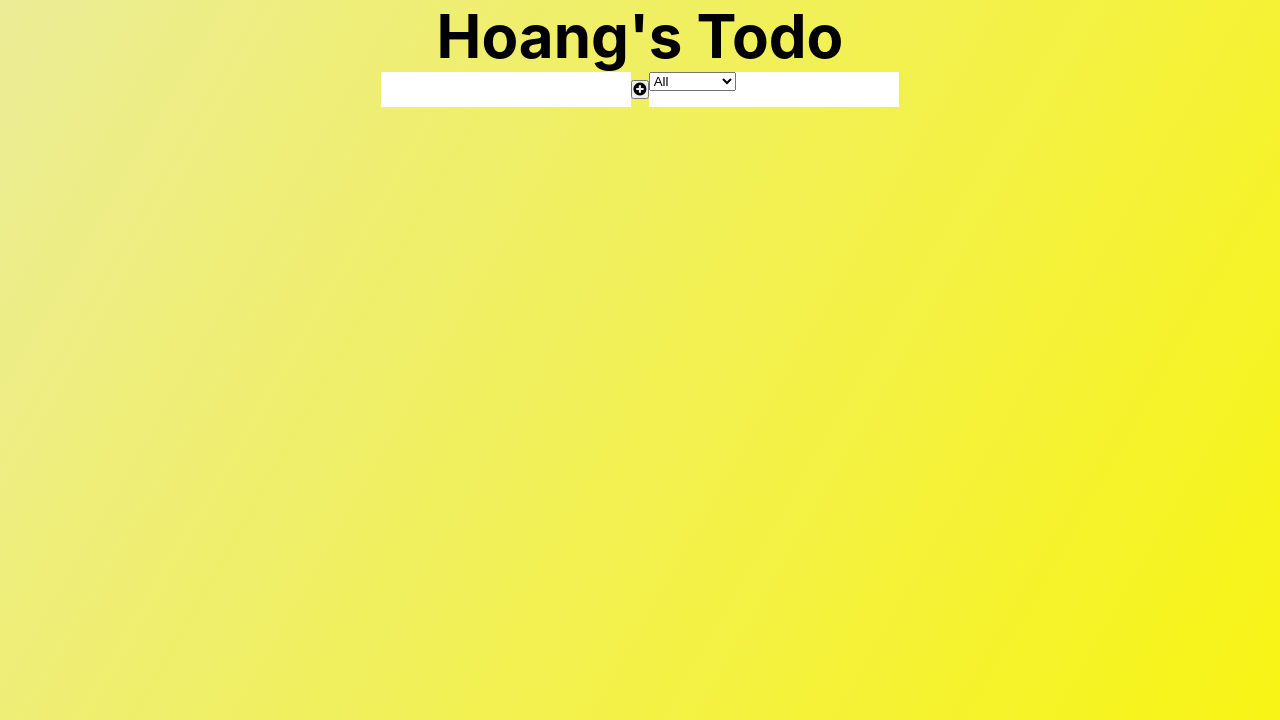
Repository: DinhHoang0607/TodoReact
Page: /
These files come from the project's save history. The page is drawn as it stood at one moment and after a run of saves; the edit follows.
The browser window is 1280 px wide. The pictures show the whole page.
Some web libraries are served in a nearby version. The project was rebuilt for these pictures with package versions that can differ from the ones it lists, and the page was loaded fresh each time.

Above is the page before, as saved 2021-09-09 20:01:57.

### public/index.html
<!DOCTYPE html>
<html lang="en">
  <head>
    <meta charset="utf-8" />
    <link rel="icon" href="%PUBLIC_URL%/favicon.ico" />
    <meta name="viewport" content="width=device-width, initial-scale=1" />
    <meta name="theme-color" content="#000000" />
    <meta
      name="description"
      content="Web site created using create-react-app"
    />
    <link rel="apple-touch-icon" href="%PUBLIC_URL%/logo192.png" />
    <!--
      manifest.json provides metadata used when your web app is installed on a
      user's mobile device or desktop. See https://developers.google.com/web/fundamentals/web-app-manifest/
    -->
    <link rel="stylesheet" href="https://pro.fontawesome.com/releases/v5.10.0/css/all.css" integrity="sha384-AYmEC3Yw5cVb3ZcuHtOA93w35dYTsvhLPVnYs9eStHfGJvOvKxVfELGroGkvsg+p" crossorigin="anonymous"/>
    <link rel="manifest" href="%PUBLIC_URL%/manifest.json" />
    <!--
      Notice the use of %PUBLIC_URL% in the tags above.
      It will be replaced with the URL of the `public` folder during the build.
      Only files inside the `public` folder can be referenced from the HTML.

      Unlike "/favicon.ico" or "favicon.ico", "%PUBLIC_URL%/favicon.ico" will
      work correctly both with client-side routing and a non-root public URL.
      Learn how to configure a non-root public URL by running `npm run build`.
    -->
    <title>React App</title>
  </head>
  <body>
    <noscript>You need to enable JavaScript to run this app.</noscript>
    <div id="root"></div>
    <!--
      This HTML file is a template.
      If you open it directly in the browser, you will see an empty page.

      You can add webfonts, meta tags, or analytics to this file.
      The build step will place the bundled scripts into the <body> tag.

      To begin the development, run `npm start` or `yarn start`.
      To create a production bundle, use `npm run build` or `yarn build`.
    -->
  </body>
</html>

### src/App.js
import "./App.css";
import React from "react";
import Form from "./components/Form";

function App() {
  return (
    <div className="App">
      <header>
        <h1>Hoang's Todo</h1>
      </header>
      <Form />
    </div>
  );
}

export default App;

### src/App.css
*,
*::before,
*::after {
  box-sizing: border-box;
  padding: 0;
  margin: 0;
}
html {
  font-size: 62.5%;
}
body {
  width: 100%;
  height: 100vh;
  background-image: linear-gradient(120deg, #ebec96 0%, #f8f414 100%);
}
header {
  font-size: 3rem;
  margin: 0 auto;
}
header,
form {
  display: flex;
  justify-content: center;
  align-items: center;
}
.form__input,
.form__select {
  width: 25rem;
  height: 3.5rem;
  border: none;
  background: white;
}

### src/components/Form.js
import React from "react";
const Form = () => {
  return (
    <form className="form">
      <input type="text" className="form__input" />
      <button className="form__button" type="submit">
        <i class="fas fa-plus-circle"></i>
      </button>
      <div className="form__select">
        <select name="items" className="select__item">
          <option value="all" selected="selected">
            All
          </option>
          <option value="completed">Completed</option>
          <option value="inProcess">InProcess</option>
        </select>
      </div>
    </form>
  );
};

export default Form;

Loaded but not shown: src/index.js (common file); src/index.css (common file); src/reportWebVitals.js (common file)

After the next 4 saves:
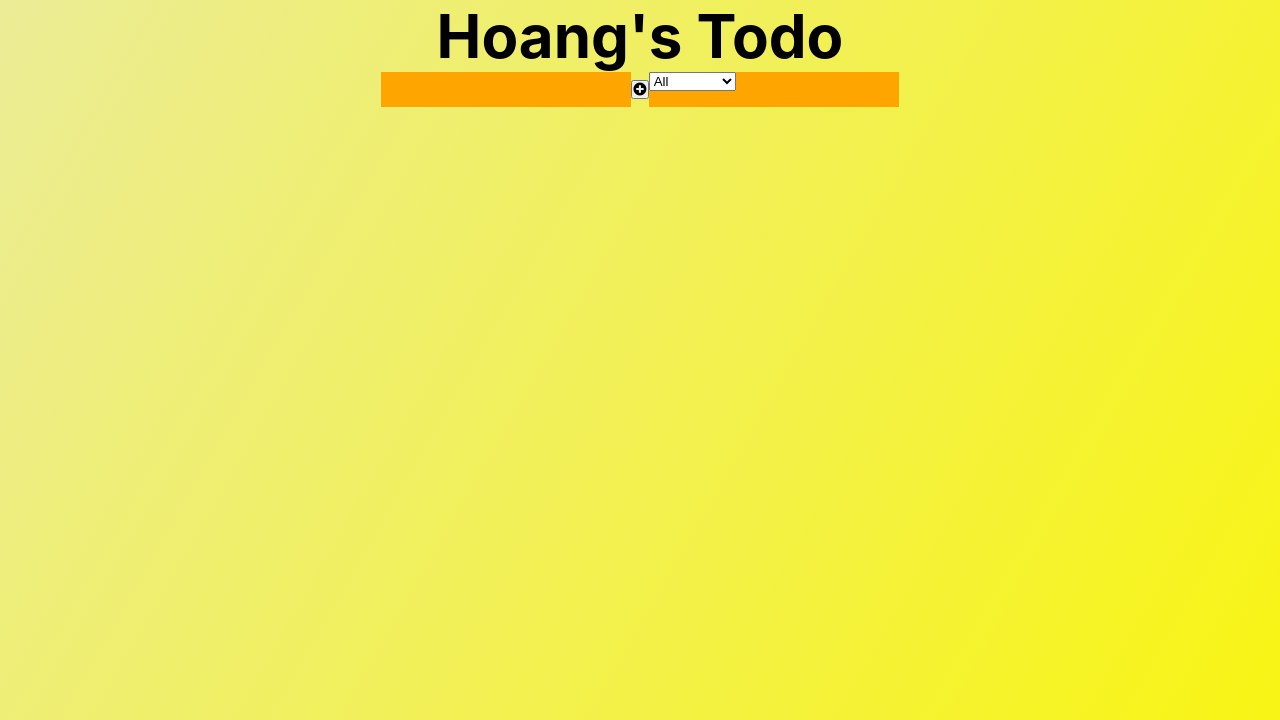
The 4 saves are shown as one change because they came seconds apart.
The last was saved 9 s later.
--- a/src/App.css
+++ b/src/App.css
@@ -28,5 +28,5 @@ form {
   width: 25rem;
   height: 3.5rem;
   border: none;
-  background: white;
+  background: orange;
 }
